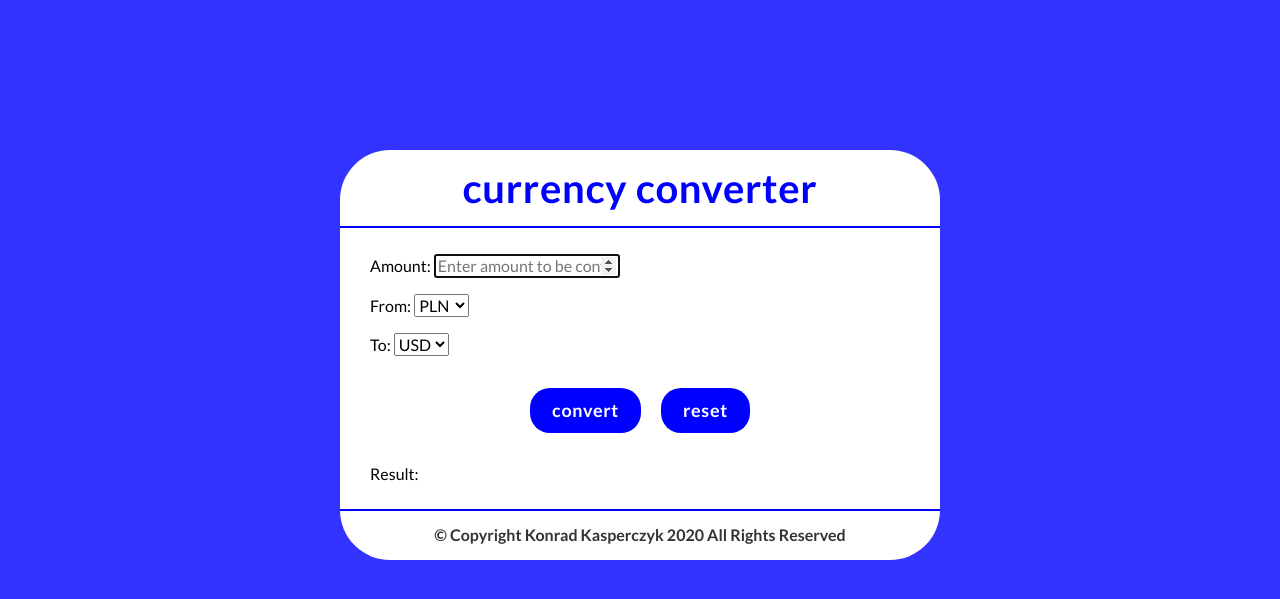
Repository: kkasperczyk/currency-converter
Page: index.html
The author's editor kept a copy of each file at every save. The page is drawn from the files as they stood at one save, then again after a run of saves.
The browser window is 1280 px wide. The pictures show the whole page.

Above is the page before, as saved 2020-06-16 13:00:41.

### index.html
<!DOCTYPE html>
<html lang="en">

<head>
    <meta charset="UTF-8">
    <meta name="viewport" content="width=device-width, initial-scale=1.0">
    <link rel="stylesheet" href="https://cdnjs.cloudflare.com/ajax/libs/normalize/8.0.1/normalize.min.css"
        integrity="sha256-l85OmPOjvil/SOvVt3HnSSjzF1TUMyT9eV0c2BzEGzU=" crossorigin="anonymous" />
    <link rel="stylesheet" href="css/global.css">
    <link rel="stylesheet" href="css/container.css">
    <link rel="stylesheet" href="css/header.css">
    <link rel="stylesheet" href="css/main.css">
    <link rel="stylesheet" href="css/form.css">
    <link rel="stylesheet" href="css/footer.css">
    <script defer src="js/script.js"></script>
    <link href="https://fonts.googleapis.com/css2?family=Lato:ital,wght@0,400;0,700;1,400&display=swap"
        rel="stylesheet">
    <title>Currency Converter</title>
</head>

<body>
    <div class="container">
        <header class="header">
            <h1 class="header__title">Currency Converter
        </header>
        <main class="main">
            <form class="form js-form">
                <p>
                    <label>
                        Amount:
                        <input class="form__amount js-form__amount" type="number" name="amount" min="1" step="any"
                            required placeholder="Enter amount to be converted">
                    </label>
                </p>
                <p>
                    <label>
                        From:
                        <select class="js-convertFrom" required>
                            <option value="pln">PLN</option>
                            <option value="usd">USD</option>
                            <option value="gbp">GBP</option>
                            <option value="eur">EUR</option>
                            <option value="chf">CHF</option>
                        </select>
                    </label>
                </p>
                <p>
                    <label>
                        To:
                        <select class="js-convertTo" required>
                            <option value="pln">PLN</option>
                            <option value="usd" selected>USD</option>
                            <option value="gbp">GBP</option>
                            <option value="eur">EUR</option>
                            <option value="chf">CHF</option>
                        </select>
                    </label>
                </p>
                <div class="form__buttons">
                    <p>
                        <button class="form__button js-form__button">Convert</button>
                    </p>
                    <p>
                        <button class="form__button" type="reset">Reset</button>
                    </p>
                </div>
            </form>
            <p class="js-convertedValue">
                Result:
            </p>
        </main>
        <footer class="footer">
            <span>&copy Copyright Konrad Kasperczyk 2020 All Rights Reserved</span>
        </footer>
    </div>
</body>

</html>

### css/global.css
html {
  box-sizing: border-box;
}

*,
::after,
::before {
  box-sizing: inherit;
}

body {
  font-family: "Lato", sans-serif;
  background-color: hsl(240, 100%, 60%);
}

### css/container.css
.container {
    max-width: 600px;
    margin: 0 auto;
    background-color: white;
    border-radius: 50px;
    margin-top: 150px;
}

### css/header.css
.header {
    text-align: center;
    border-bottom: 2px solid hsl(240, 100%, 50%);
}

.header__title {
    color: hsl(240, 100%, 50%);
    padding: 15px;
    font-size: 40px;
    letter-spacing: 0.7px;
    margin: 0;
    text-transform: lowercase;
}

### css/main.css
.main {
    background-color: white;
    padding: 10px 30px;
}

### css/form.css
.form__buttons {
    display: flex;
    justify-content: center;
}

.form__button {
    margin: 0 10px;
    background-color: hsl(240, 100%, 50%);
    color: white;
    padding: 10px 20px;
    text-transform: lowercase;
    font-size: 18px;
    font-weight: bold;
    letter-spacing: 0.7px;
    border: 2px solid transparent;
    border-radius: 20px;
}

.form__button:hover {
    background-color: white;
    color: hsl(240, 100%, 50%);
    border: 2px solid hsl(240, 100%, 50%);
    cursor: pointer;
}

### css/footer.css
.footer {
    text-align: center;
    border-top: 2px solid hsl(240, 100%, 50%);
    color: #333;
    font-weight: bold;
    padding: 15px;
}

### js/script.js
console.log("Hi all developers! Nice to see you here.");

let amountField = document.querySelector(".js-form__amount");
let convertFromField = document.querySelector(".js-convertFrom");
let convertToField = document.querySelector(".js-convertTo");
let convertedValueField = document.querySelector(".js-convertedValue");
let submitButton = document.querySelector(".js-form__button");
let form = document.querySelector(".js-form");

amountField.focus();

form.addEventListener("submit", (event) => {
  event.preventDefault();

  let amount = amountField.value;
  let convertFrom = convertFromField.value;
  let convertTo = convertToField.value;
  let result;

  console.log(amount, convertFrom, convertTo);

  switch (convertFrom) {
    case "pln":
      switch (convertTo) {
        case "pln":
          result = amount * 1;
          convertedValueField.value = result.toFixed(2);
          break;
        case "eur":
          result = amount / 4.4278;
          convertedValueField.value = result.toFixed(2);
          break;
        case "usd":
          result = amount / 3.9058;
          convertedValueField.value = result.toFixed(2);
          break;
        case "gbp":
          result = amount / 4.9384;
          convertedValueField.value = result.toFixed(2);
          break;
        case "chf":
          result = amount / 4.1187;
          convertedValueField.value = result.toFixed(2);
          break;
      }
      break;
    case "eur":
      switch (convertTo) {
        case "pln":
          result = amount * 4.4278;
          convertedValueField.value = result.toFixed(2);
          break;
        case "eur":
          result = amount * 1;
          convertedValueField.value = result.toFixed(2);
          break;
        case "usd":
          result = amount * 1.1336;
          convertedValueField.value = result.toFixed(2);
          break;
        case "gbp":
          result = amount * 0.8966;
          convertedValueField.value = result.toFixed(2);
          break;
        case "chf":
          result = amount * 1.075;
          convertedValueField.value = result.toFixed(2);
          break;
      }
      break;
    case "usd":
      switch (convertTo) {
        case "pln":
          result = amount * 3.9058;
          convertedValueField.value = result.toFixed(2);
          break;
        case "eur":
          result = amount * 0.8821;
          convertedValueField.value = result.toFixed(2);
          break;
        case "usd":
          result = amount * 1;
          convertedValueField.value = result.toFixed(2);
          break;
        case "gbp":
          result = amount * 0.7909;
          convertedValueField.value = result.toFixed(2);
          break;
        case "chf":
          result = amount * 0.9483;
          convertedValueField.value = result.toFixed(2);
          break;
      }
      break;
    case "gbp":
      switch (convertTo) {
        case "pln":
          result = amount * 4.9384;
          convertedValueField.value = result.toFixed(2);
          break;
        case "eur":
          result = amount * 1.1153;
          convertedValueField.value = result.toFixed(2);
          break;
        case "usd":
          result = amount * 1.2644;
          convertedValueField.value = result.toFixed(2);
          break;
        case "gbp":
          result = amount * 1;
          convertedValueField.value = result.toFixed(2);
          break;
        case "chf":
          result = amount * 1.199;
          convertedValueField.value = result.toFixed(2);
          break;
      }
      break;
    case "chf":
      switch (convertTo) {
        case "pln":
          result = amount * 4.1187;
          convertedValueField.value = result.toFixed(2);
          break;
        case "eur":
          result = amount * 0.9302;
          convertedValueField.value = result.toFixed(2);
          break;
        case "usd":
          result = amount * 1.0545;
          convertedValueField.value = result.toFixed(2);
          break;
        case "gbp":
          result = amount * 0.834;
          convertedValueField.value = result.toFixed(2);
          break;
        case "chf":
          result = amount * 1;
          convertedValueField.value = result.toFixed(2);
          break;
      }
      break;
  }
});

After the next 2 saves:
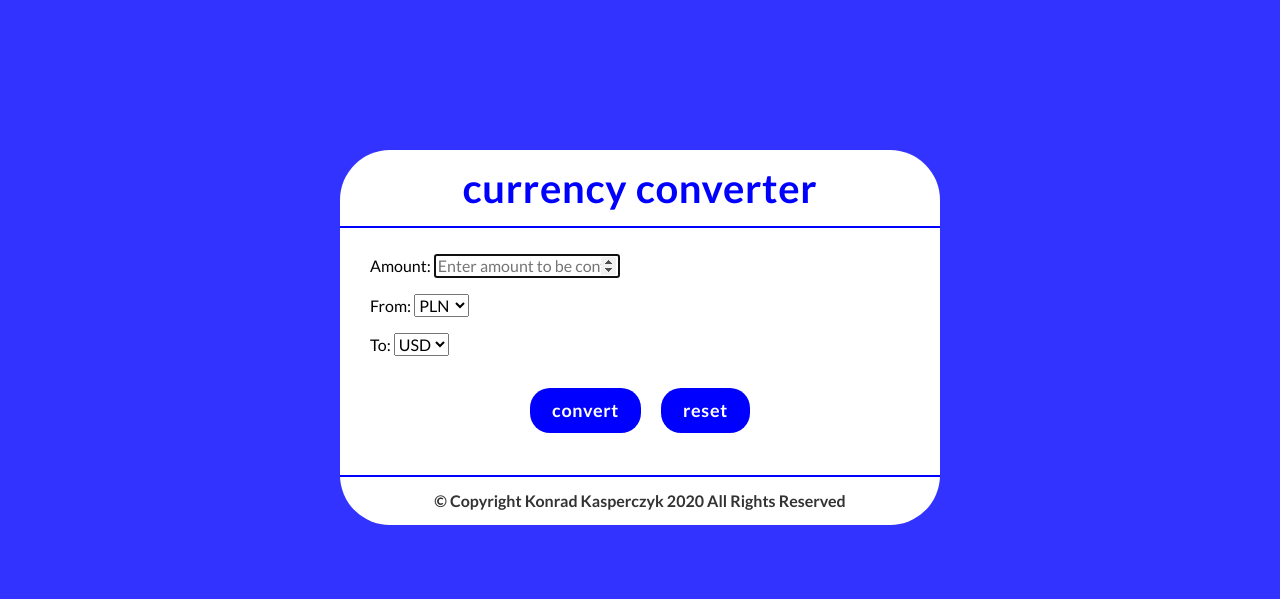
The 2 saves are shown as one change because they came seconds apart.
The last was saved 32 s later.
--- a/index.html
+++ b/index.html
@@ -66,7 +66,7 @@
                 </div>
             </form>
             <p class="js-convertedValue">
-                Result:
+                <label></label>
             </p>
         </main>
         <footer class="footer">
